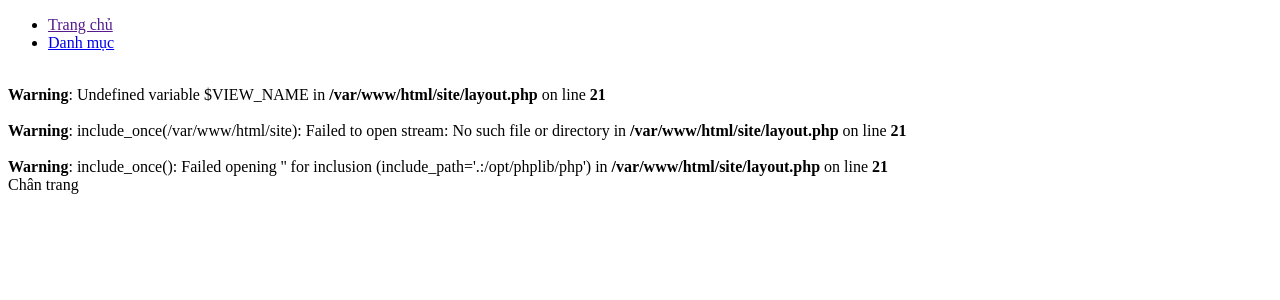
Repository: Leduc20/Website-Shopping-Clothes-Men-master
Page: http://localhost/webbanhang/site/index.php?danh-muc
An editor plug-in stored every save of this project. The page is shown before and after a run of saves, followed by the edit.
The browser window is 1280 px wide. The pictures show the whole page.
The page is run by PHP 8.4 with error messages shown; the project is at /var/www/html/.

Above is the page before, as saved 2022-11-14 17:50:07.

### site/index.php
<?php
    require_once '../global.php';
    require_once '../model/pdo.php';

    if(isset($_GET['chi-tiet'])){
        $VIEW_NAME = 'chi-tiet.php';
    }
    // elseif(isset($_GET['danh-muc'])){
    //     $VIEW_NAME = 'danh-muc.php';
    // }else{
    //     $VIEW_NAME = 'trang-chu.php';
    // }

    include_once './layout.php';
?>

### global.php
<?php

function dd(){
    echo "<pre>";
    $args = func_get_args();
    var_dump($args);
    die;
}


const BASE_URL = "http://localhost/WEBBANHANG/";
const SITE_URL = BASE_URL . "site/index.php";
const ADMIN_BASE = BASE_URL . 'admin/';


?>

### model/pdo.php
<?php
const DBNAME = "mvc";
const DBUSER = "root";
const DBPASS = "";
const DBCHARSET = "utf8";
const DBHOST = "127.0.0.1";

// tạo kết nối từ project php sang mysql
function getConnect(){
    $connect = new PDO("mysql:host=" . DBHOST
                        . ";dbname=" . DBNAME
                        . ";charset=" . DBCHARSET,
                        DBUSER,
                        DBPASS
            );
    return $connect;
}



function pdo_query_all($query){
    // select * from users where email = ? or role_id = ?

    $args = func_get_args();
    $args = array_slice($args, 1);

    $conn = getConnect();

    $stmt = $conn->prepare($query);
    $stmt->execute($args);
    $data = $stmt->fetchAll();
    if(count($data) > 0){
        return $data;
    }

    return [];

}


function pdo_query_one($query){
    // select * from users where email = ? or role_id = ?

    $args = func_get_args();
    $args = array_slice($args, 1);

    $conn = getConnect();

    $stmt = $conn->prepare($query);
    $stmt->execute($args);
    $data = $stmt->fetch();
    if(count($data) > 0){
        return $data;
    }
    return null;

}


function pdo_execute_get_id($query){

    $args = func_get_args();
    $args = array_slice($args, 1);

    $conn = getConnect();

    $stmt = $conn->prepare($query);
    $stmt->execute($args);
    $lastId =  $conn->lastInsertId();
    return $lastId;
}


function pdo_execute($query){

    $args = func_get_args();
    $args = array_slice($args, 1);

    $conn = getConnect();

    $stmt = $conn->prepare($query);
    $stmt->execute($args);

}
?>

### site/layout.php
<!DOCTYPE html>
<html lang="en">
<head>
    <meta charset="UTF-8">
    <meta http-equiv="X-UA-Compatible" content="IE=edge">
    <meta name="viewport" content="width=device-width, initial-scale=1.0">
    <title>layout</title>
</head>
<body>
    <nav>
        <ul>
            <li>
                <a href="">Trang chủ</a>
            </li>
            <li>
                <a href="<?= SITE_URL . "?danh-muc"?>">Danh mục</a>
            </li>
        </ul>
    </nav>
    <main>
        <?php include_once $VIEW_NAME ?>
    </main>

    <footer>
        Chân trang
    </footer>
</body>
</html>

### site/danh-muc.php
<h2>Trang danh mục sản phẩm</h2>

After the next 2 saves:
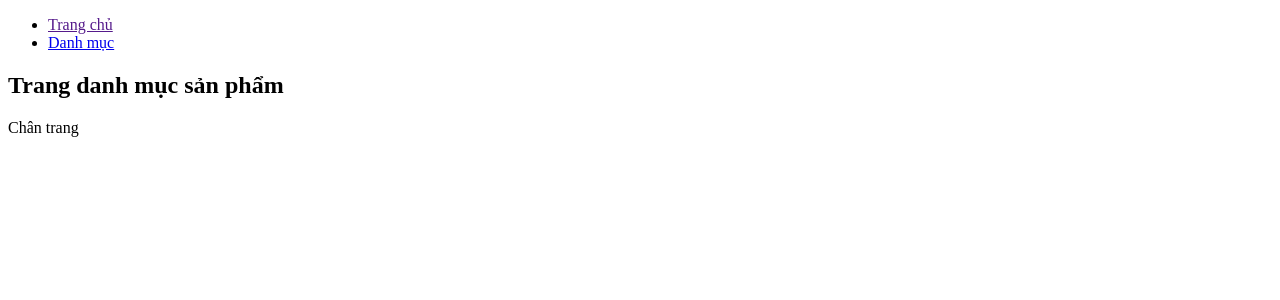
The 2 saves are shown as one change because they came seconds apart.
The last was saved 6 s later.
--- a/site/index.php
+++ b/site/index.php
@@ -5,11 +5,11 @@
     if(isset($_GET['chi-tiet'])){
         $VIEW_NAME = 'chi-tiet.php';
     }
-    // elseif(isset($_GET['danh-muc'])){
-    //     $VIEW_NAME = 'danh-muc.php';
-    // }else{
-    //     $VIEW_NAME = 'trang-chu.php';
-    // }
+    elseif(isset($_GET['danh-muc'])){
+        $VIEW_NAME = 'danh-muc.php';
+    }else{
+        $VIEW_NAME = 'trang-chu.php';
+    }
 
     include_once './layout.php';
 ?>
